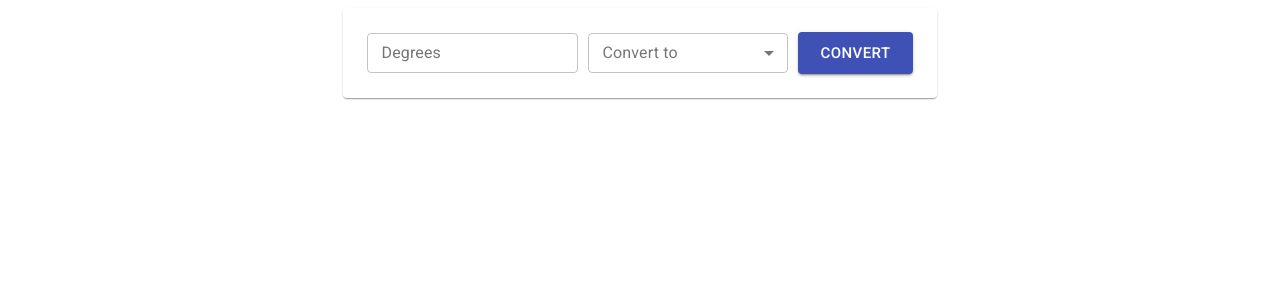
Repository: zum281/temperature-converter
Page: /
An editor plug-in stored every save of this project. The page is shown before and after a run of saves, followed by the edit.
The browser window is 1280 px wide. The pictures show the whole page.
The project was rebuilt for these pictures with package versions that can differ from the ones it lists, and the page was loaded fresh each time.

Above is the page before, as saved 2021-07-09 14:13:22.

### public/index.html
<!DOCTYPE html>
<html lang="en">

  <head>
    <meta charset="utf-8" />
    <link rel="icon" href="%PUBLIC_URL%/favicon.ico" />
    <meta name="viewport" content="width=device-width, initial-scale=1" />
    <meta name="theme-color" content="#000000" />
    <meta name="description" content="Web site created using create-react-app" />
    <link rel="apple-touch-icon" href="%PUBLIC_URL%/logo192.png" />
    <!--
      manifest.json provides metadata used when your web app is installed on a
      user's mobile device or desktop. See https://developers.google.com/web/fundamentals/web-app-manifest/
    -->
    <link rel="manifest" href="%PUBLIC_URL%/manifest.json" />
    <!--
      Notice the use of %PUBLIC_URL% in the tags above.
      It will be replaced with the URL of the `public` folder during the build.
      Only files inside the `public` folder can be referenced from the HTML.

      Unlike "/favicon.ico" or "favicon.ico", "%PUBLIC_URL%/favicon.ico" will
      work correctly both with client-side routing and a non-root public URL.
      Learn how to configure a non-root public URL by running `npm run build`.
    -->
    <link rel="stylesheet" href="https://fonts.googleapis.com/css?family=Roboto:300,400,500,700&display=swap" />
    <title>Temperature Converter</title>
  </head>

  <body>
    <noscript>You need to enable JavaScript to run this app.</noscript>
    <div id="root"></div>
    <!--
      This HTML file is a template.
      If you open it directly in the browser, you will see an empty page.

      You can add webfonts, meta tags, or analytics to this file.
      The build step will place the bundled scripts into the <body> tag.

      To begin the development, run `npm start` or `yarn start`.
      To create a production bundle, use `npm run build` or `yarn build`.
    -->
  </body>

</html>

### src/index.css
/* Chrome, Safari, Edge, Opera */
input::-webkit-outer-spin-button,
input::-webkit-inner-spin-button {
    -webkit-appearance: none;
    margin: 0;
}

/* Firefox */
input[type="number"] {
    -moz-appearance: textfield;
}

### src/App.js
import { makeStyles } from "@material-ui/core/styles";
import { Paper, Button, TextField, MenuItem } from "@material-ui/core";
import { useState } from "react";

const useStyles = makeStyles((theme) => {
    return {
        root: {
            display: "flex",
            alignItems: "center",
            justifyContent: "center",
        },
        paper: {
            padding: theme.spacing(3),
            maxWidth: "600px",
        },
        form: {
            display: "flex",
            alignItems: "center",
            justifyContent: "center",
            gap: "10px",
        },

        select: {
            minWidth: "200px",
        },
    };
});

function App() {
    const types = ["Fahrenheit", "Celsius"];
    const classes = useStyles();
    const [type, setType] = useState("");
    const [degrees, setDegrees] = useState(types[0]);
    const inputNumberProps = {
        step: 0.01,
    };

    const handleClick = () => {
        if (type && degrees) {
        }
    };

    return (
        <div className={classes.root}>
            <Paper className={classes.paper}>
                <form noValidate autoComplete="off" className={classes.form}>
                    <TextField
                        type="number"
                        size="small"
                        variant="outlined"
                        label="Degrees"
                        inputProps={inputNumberProps}
                        value={degrees}
                        onChange={(event) =>
                            setDegrees(parseFloat(event.target.value))
                        }
                    />

                    <TextField
                        select
                        label="Convert to"
                        value={type}
                        onChange={(event) => setType(event.target.value)}
                        variant="outlined"
                        size="small"
                        className={classes.select}
                    >
                        {types.map((option) => (
                            <MenuItem key={option} value={option}>
                                {option}
                            </MenuItem>
                        ))}
                    </TextField>

                    <Button
                        variant="contained"
                        color="primary"
                        size="large"
                        onClick={handleClick}
                    >
                        convert
                    </Button>
                </form>
            </Paper>
        </div>
    );
}

export default App;

Loaded but not shown: src/index.js (common file)

After the next 2 saves:
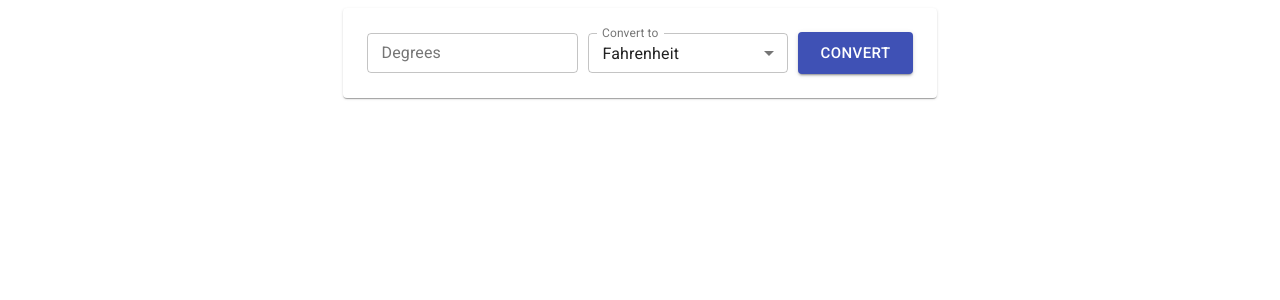
The 2 saves are shown as one change because they came seconds apart.
The last was saved 11 s later.
--- a/src/App.js
+++ b/src/App.js
@@ -29,8 +29,8 @@ const useStyles = makeStyles((theme) => {
 function App() {
     const types = ["Fahrenheit", "Celsius"];
     const classes = useStyles();
-    const [type, setType] = useState("");
-    const [degrees, setDegrees] = useState(types[0]);
+    const [type, setType] = useState(types[0]);
+    const [degrees, setDegrees] = useState("");
     const inputNumberProps = {
         step: 0.01,
     };
